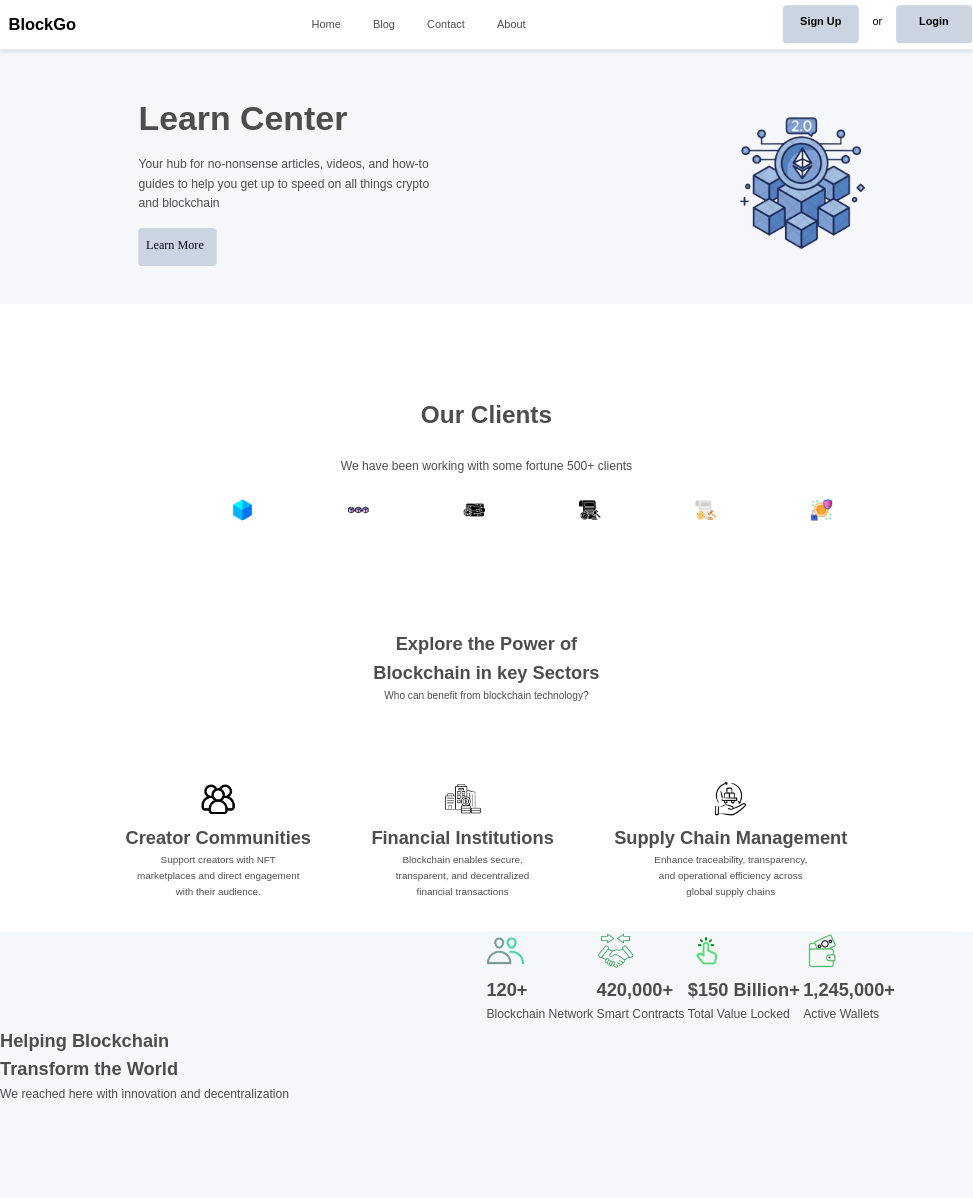
Repository: Tafsirul555/Assignment
Page: Assignment1.html
These files come from the project's save history. The page is drawn as it stood at one moment and after the next save; the edit follows.
The browser window is 1280 px wide. The pictures show the whole page, at 76% of full size.

Above is the page before, as saved 2025-06-09 01:32:12.

After the next save:
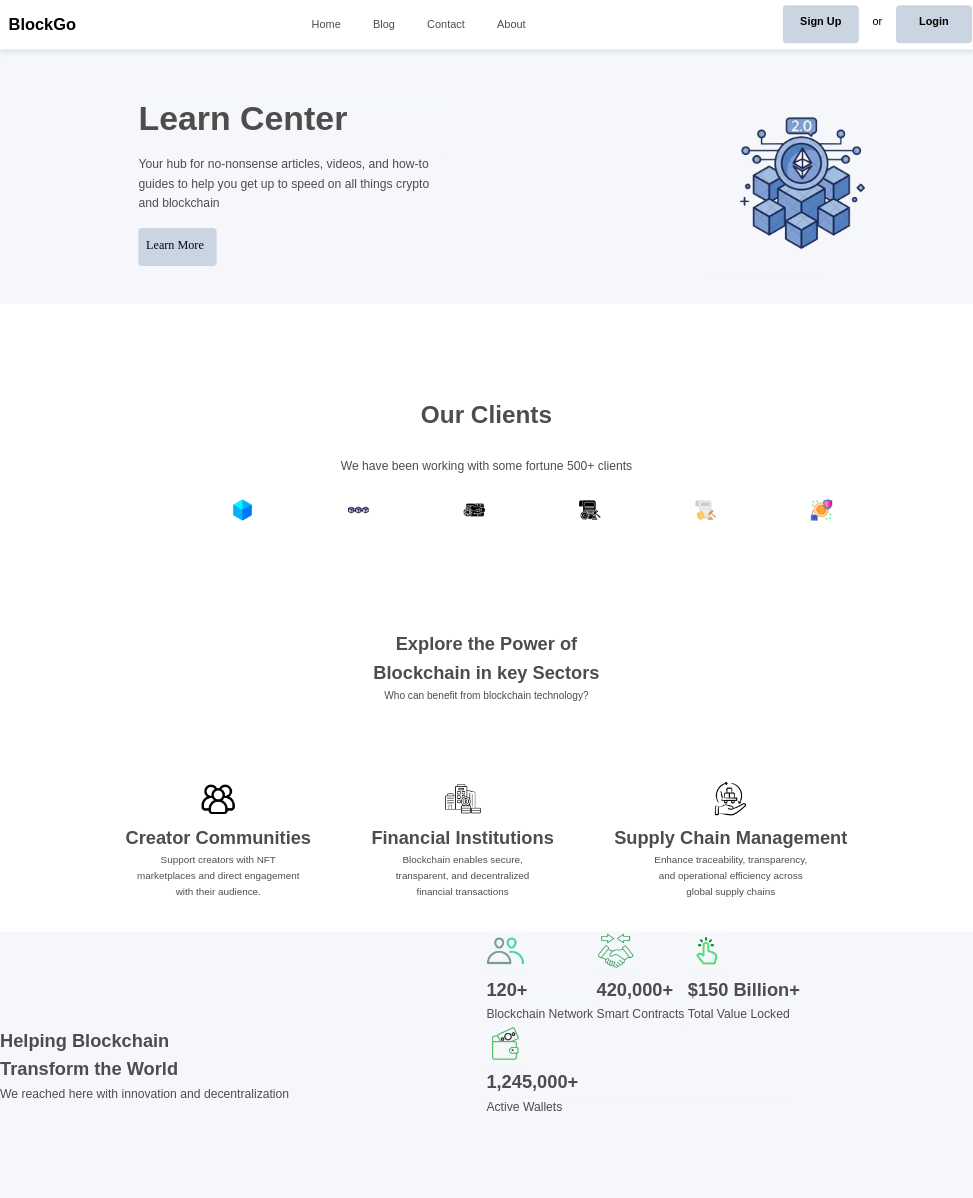
Saved 7 s later.
--- a/Assignment1.css
+++ b/Assignment1.css
@@ -351,7 +351,7 @@ article img{
 
 .figure-box .figure-aw{
     display: inline-block;
-    width: 200px;
+    width: 400px;
 }
 
 
